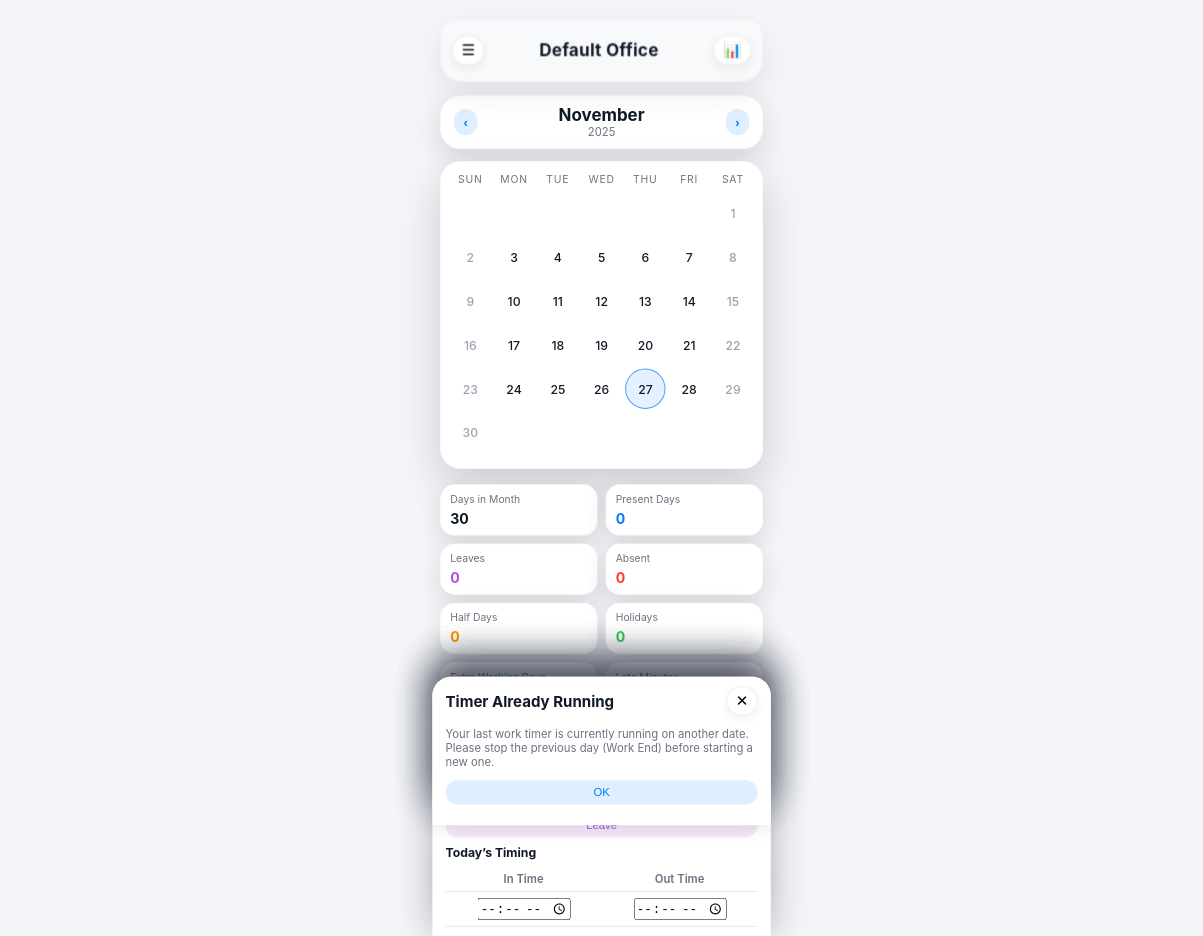
Repository: manjituidesigner/new-calendar
Page: index.html
The author's editor kept a copy of each file at every save. The page is drawn from the files as they stood at one save, then again after the next save.
The browser window is 1280 px wide. The pictures show the whole page, at 94% of full size.

Above is the page before, as saved 2025-11-27 16:11:34.

### index.html
<!DOCTYPE html>
<html lang="en">
  <head>
    <meta charset="UTF-8" />
    <meta
      name="viewport"
      content="width=device-width, initial-scale=1.0, maximum-scale=1.0"
    />
    <title>Mobile Work Calendar</title>
    <link rel="stylesheet" href="style.css" />
  </head>
  <body>
    <!-- Overlay for drawer and modal -->
    <div class="overlay" id="overlay"></div>

    <!-- Side Drawer -->
    <aside class="drawer" id="drawer">
      <header class="drawer-header">
        <h2>Menu</h2>
        <button class="icon-btn" id="drawerCloseBtn">✕</button>
      </header>

      <nav class="drawer-tabs">
        <button class="drawer-tab active" data-tab="office">Office</button>
        <button class="drawer-tab" data-tab="expenses">Expenses</button>
        <button class="drawer-tab" data-tab="notes">Notes</button>
        <button class="drawer-tab" data-tab="calculator">Calculator</button>
      </nav>

      <section class="drawer-content">
        <!-- Office tab -->
        <div class="drawer-panel active" id="officeTab">
          <h3 class="drawer-title">Calendars</h3>

          <div class="calendar-list" id="calendarList"></div>

          <button class="primary-btn full-width" id="createCalendarToggle">
            + Create New Calendar
          </button>

          <form class="calendar-form" id="calendarForm">
            <div class="field">
              <label>Calendar Name</label>
              <input
                type="text"
                id="calendarName"
                placeholder="e.g. Office Work"
              />
            </div>
            <div class="field">
              <label>Description</label>
              <textarea
                id="calendarDescription"
                rows="2"
                placeholder="Short description"
              ></textarea>
            </div>
            <div class="field-row">
              <div class="field">
                <label>Salary Monthly</label>
                <input
                  type="number"
                  id="salaryMonthly"
                  placeholder="₹ / month"
                  min="0"
                />
              </div>
              <div class="field">
                <label>Salary Hourly</label>
                <input
                  type="number"
                  id="salaryHourly"
                  placeholder="₹ / hour"
                  min="0"
                />
              </div>
            </div>
            <div class="field">
              <label>Working Days / Week</label>
              <select id="workingDaysPerWeek">
                <option value="5">5 days (Mon-Fri)</option>
                <option value="6" selected>6 days (Mon-Sat)</option>
              </select>
            </div>

            <div class="field-row">
              <div class="field">
                <label>Office In Time</label>
                <input
                  type="time"
                  id="officeInTime"
                />
              </div>
              <div class="field">
                <label>Office Out Time</label>
                <input
                  type="time"
                  id="officeOutTime"
                />
              </div>
            </div>
            <div class="field">
              <label>Set PIN (optional)</label>
              <input
                type="password"
                id="calendarPin"
                placeholder="4-6 digit PIN"
                maxlength="6"
              />
            </div>
            <button type="submit" class="primary-btn full-width">
              Add
            </button>
          </form>

          <div class="backup-row">
            <button class="small-btn" id="backupExportBtn">Download Backup</button>
            <button class="small-btn" id="backupImportBtn">Restore Backup</button>
            <input type="file" id="backupFileInput" accept="application/json" style="display: none" />
          </div>
        </div>

        <!-- Placeholder tabs -->
        <div class="drawer-panel" id="expensesTab">
          <p class="placeholder-text">
            Expenses module coming soon.
          </p>
        </div>
        <div class="drawer-panel" id="notesTab">
          <p class="placeholder-text">
            Notes module coming soon.
          </p>
        </div>
        <div class="drawer-panel" id="calculatorTab">
          <p class="placeholder-text">
            Calculator module coming soon.
          </p>
        </div>
      </section>
    </aside>

    <!-- Main App Container -->
    <div class="app-shell">
      <!-- Top header -->
      <header class="app-header">
        <button class="icon-btn" id="menuBtn">☰</button>
        <h1 class="app-title">Office Calendar</h1>
        <button class="icon-btn" id="reportBtn">📊</button>
      </header>

      <!-- Month header -->
      <section class="month-header">
        <button class="nav-arrow" id="prevMonthBtn">‹</button>
        <div class="month-info">
          <span class="month-label" id="monthLabel"></span>
          <span class="year-label" id="yearLabel"></span>
        </div>
        <button class="nav-arrow" id="nextMonthBtn">›</button>
      </section>

      <!-- Calendar -->
      <section class="calendar-card">
        <div class="weekdays">
          <span>Sun</span>
          <span>Mon</span>
          <span>Tue</span>
          <span>Wed</span>
          <span>Thu</span>
          <span>Fri</span>
          <span>Sat</span>
        </div>
        <div class="days-grid" id="daysGrid"></div>
      </section>

      <!-- Stats cards -->
      <section class="stats-section">
        <div class="stat-card">
          <span class="stat-label">Days in Month</span>
          <span class="stat-value" id="statDaysInMonth">0</span>
        </div>
        <div class="stat-card">
          <span class="stat-label">Present Days</span>
          <span class="stat-value blue" id="statPresent">0</span>
        </div>
        <div class="stat-card">
          <span class="stat-label">Leaves</span>
          <span class="stat-value purple" id="statLeave">0</span>
        </div>
        <div class="stat-card">
          <span class="stat-label">Absent</span>
          <span class="stat-value red" id="statAbsent">0</span>
        </div>
        <div class="stat-card">
          <span class="stat-label">Half Days</span>
          <span class="stat-value orange" id="statHalfDay">0</span>
        </div>
        <div class="stat-card">
          <span class="stat-label">Holidays</span>
          <span class="stat-value green" id="statHoliday">0</span>
        </div>
        <div class="stat-card">
          <span class="stat-label">Extra Working Days</span>
          <span class="stat-value green" id="statExtraDays">0</span>
        </div>
        <div class="stat-card">
          <span class="stat-label">Late Minutes</span>
          <span class="stat-value red" id="statLate">0m</span>
        </div>
        <div class="stat-card">
          <span class="stat-label">Extra Minutes</span>
          <span class="stat-value green" id="statExtra">0m</span>
        </div>
        <div class="stat-card wide">
          <span class="stat-label">Working Hours</span>
          <span class="stat-value" id="statWorkingHours">0h 0m</span>
        </div>
        <div class="stat-card wide">
          <span class="stat-label">Calculated Salary</span>
          <span class="stat-value" id="statSalary">₹0</span>
        </div>
      </section>
    </div>

    <!-- Date Modal -->
    <div class="modal" id="dateModal">
      <div class="modal-content">
        <header class="modal-header">
          <div>
            <div class="modal-title" id="modalDateLabel">Date</div>
            <div class="modal-subtitle" id="modalCalendarName"></div>
          </div>
          <button class="icon-btn" id="modalCloseBtn">✕</button>
        </header>

        <section class="modal-section">
          <div class="chip-row">
            <button class="chip secondary" data-action="workStart">
              Work Start
            </button>
            <button class="chip secondary" data-action="workEnd">
              Work End
            </button>
          </div>

          <div class="chip-row">
            <button class="chip primary" data-action="present">
              Present
            </button>
            <button class="chip red" data-action="absent">
              Absent
            </button>
          </div>

          <div class="chip-row">
            <button class="chip orange" data-action="halfDay">
              Half Day
            </button>
            <button class="chip green" data-action="holiday">
              Holiday
            </button>
          </div>

          <div class="chip-row">
            <button class="chip purple" data-action="leave">
              Leave
            </button>
          </div>
        </section>

        <section class="modal-section">
          <h4 class="section-title">Today’s Timing</h4>
          <table class="timing-table">
            <thead>
              <tr>
                <th>In Time</th>
                <th>Out Time</th>
              </tr>
            </thead>
            <tbody>
              <tr>
                <td>
                  <input type="time" id="inTimeCell" />
                </td>
                <td>
                  <input type="time" id="outTimeCell" />
                </td>
              </tr>
            </tbody>
          </table>
          <div style="text-align: center; margin-top: 8px;">
            <button
              id="saveTimeBtn"
              class="ios-save-btn full-width"
              style="display: none;"
            >
              Save Time
            </button>
          </div>
        </section>
      </div>
    </div>

    <!-- PIN Modal -->
    <div class="modal" id="pinModal">
      <div class="modal-content">
        <header class="modal-header">
          <div>
            <div class="modal-title">Unlock Calendar</div>
            <div class="modal-subtitle" id="pinCalendarName"></div>
          </div>
          <button class="icon-btn" id="pinModalCloseBtn">✕</button>
        </header>

        <section class="modal-section">
          <div class="field">
            <label>Enter PIN</label>
            <input
              type="password"
              id="pinInput"
              maxlength="6"
              inputmode="numeric"
            />
          </div>
          <div class="chip-row">
            <button class="chip primary" id="pinUnlockBtn">Unlock</button>
            <button class="chip secondary" id="pinCancelBtn">Cancel</button>
          </div>
        </section>
      </div>
    </div>

    <!-- Delete Calendar Modal -->
    <div class="modal" id="deleteModal">
      <div class="modal-content">
        <header class="modal-header">
          <div>
            <div class="modal-title">Delete Calendar</div>
            <div class="modal-subtitle" id="deleteCalendarName"></div>
          </div>
          <button class="icon-btn" id="deleteModalCloseBtn">✕</button>
        </header>

        <section class="modal-section">
          <p class="placeholder-text" id="deleteWarningText">
            Are you sure you want to delete this calendar? This action cannot be undone.
          </p>
          <div class="chip-row">
            <button class="chip secondary" id="deleteCancelBtn">Cancel</button>
            <button class="chip red " id="deleteConfirmBtn">Delete</button>
          </div>
        </section>
      </div>
    </div>

    <!-- Running timer warning modal -->
    <div class="modal" id="runningModal">
      <div class="modal-content">
        <header class="modal-header">
          <div>
            <div class="modal-title">Timer Already Running</div>
            <div class="modal-subtitle" id="runningModalCalendarName"></div>
          </div>
          <button class="icon-btn" id="runningModalCloseBtn">✕</button>
        </header>

        <section class="modal-section">
          <p class="placeholder-text">
            Your last work timer is currently running on another date.
            Please stop the previous day (Work End) before starting a new one.
          </p>
          <div class="chip-row">
            <button class="chip primary" id="runningOkBtn">OK</button>
          </div>
        </section>
      </div>
    </div>

    <script src="script.js"></script>
  </body>
</html>

Loaded but not shown: script.js (1008 lines, source omitted); style.css (760 lines, source omitted)

After the next save:
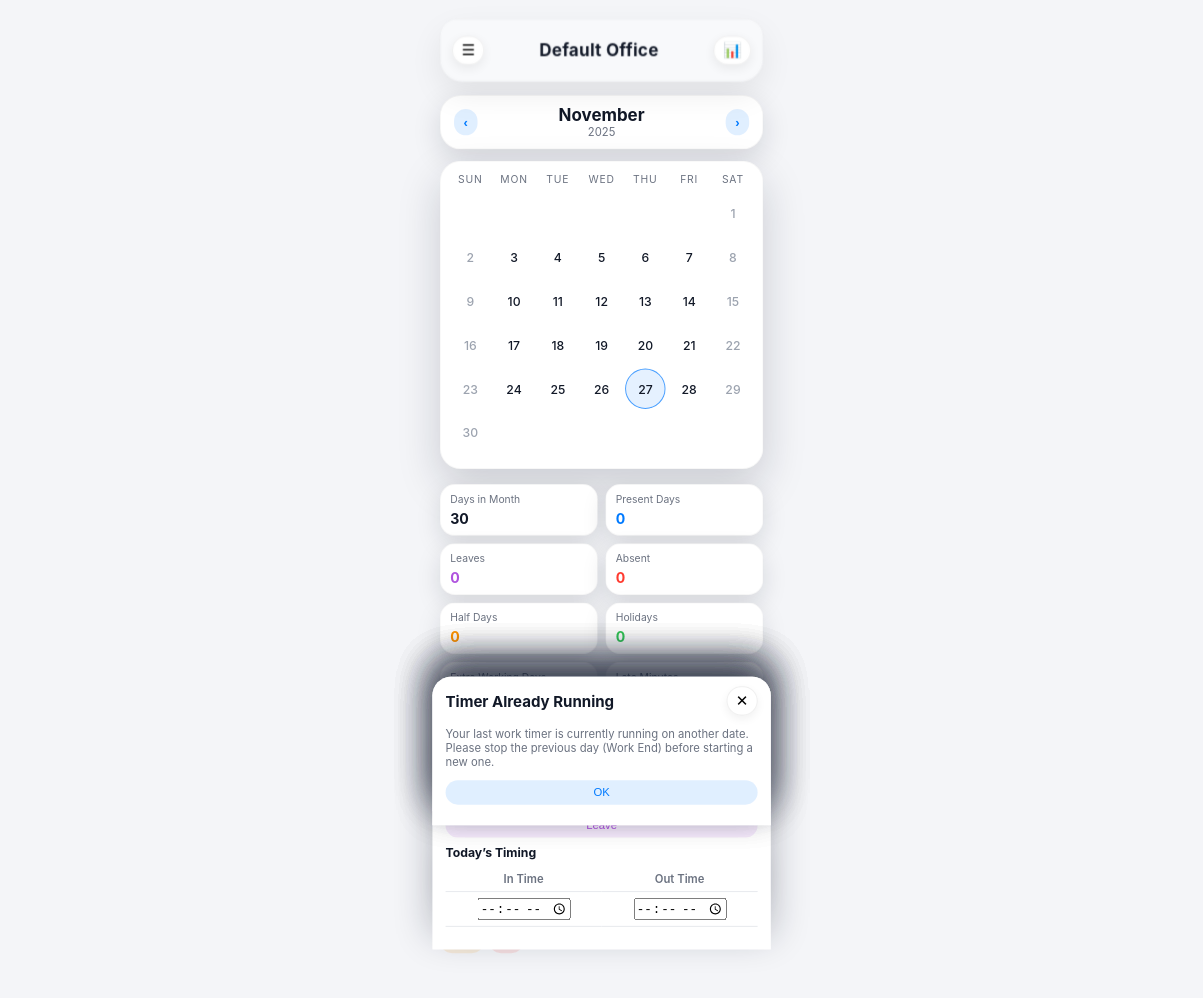
Saved 7 min 28 s later.
--- a/index.html
+++ b/index.html
@@ -219,6 +219,26 @@
           <span class="stat-value" id="statSalary">₹0</span>
         </div>
       </section>
+
+      <!-- Live session bar -->
+      <div class="session-bar hidden" id="sessionBar">
+        <div class="session-bar-main">
+          <div class="session-bar-top">
+            <span class="session-status" id="sessionStatus">Working</span>
+            <span class="session-productivity" id="sessionProductivity">0% productive</span>
+          </div>
+          <div class="session-bar-times">
+            <span id="sessionStartTime">Start: --:--</span>
+            <span id="sessionWorked">Worked: 0h 0m</span>
+            <span id="sessionBreak">Break: 0m</span>
+          </div>
+        </div>
+        <div class="session-bar-actions">
+          <button class="chip orange" id="sessionBreakBtn">Break</button>
+          <button class="chip green" id="sessionBackBtn" style="display: none;">Back to work</button>
+          <button class="chip red" id="sessionEndBtn">End</button>
+        </div>
+      </div>
     </div>
 
     <!-- Date Modal -->
@@ -300,6 +320,30 @@
       </div>
     </div>
 
+    <!-- Break reason modal -->
+    <div class="modal" id="breakModal">
+      <div class="modal-content">
+        <header class="modal-header">
+          <div>
+            <div class="modal-title">Break</div>
+            <div class="modal-subtitle" id="breakModalCalendarName"></div>
+          </div>
+          <button class="icon-btn" id="breakModalCloseBtn">✕</button>
+        </header>
+
+        <section class="modal-section">
+          <div class="field">
+            <label>Break reason (optional)</label>
+            <textarea id="breakReasonInput" rows="2" placeholder="e.g. Lunch, Meeting"></textarea>
+          </div>
+          <div class="chip-row">
+            <button class="chip secondary" id="breakCancelBtn">Cancel</button>
+            <button class="chip primary" id="breakDoneBtn">Done</button>
+          </div>
+        </section>
+      </div>
+    </div>
+
     <!-- PIN Modal -->
     <div class="modal" id="pinModal">
       <div class="modal-content">
